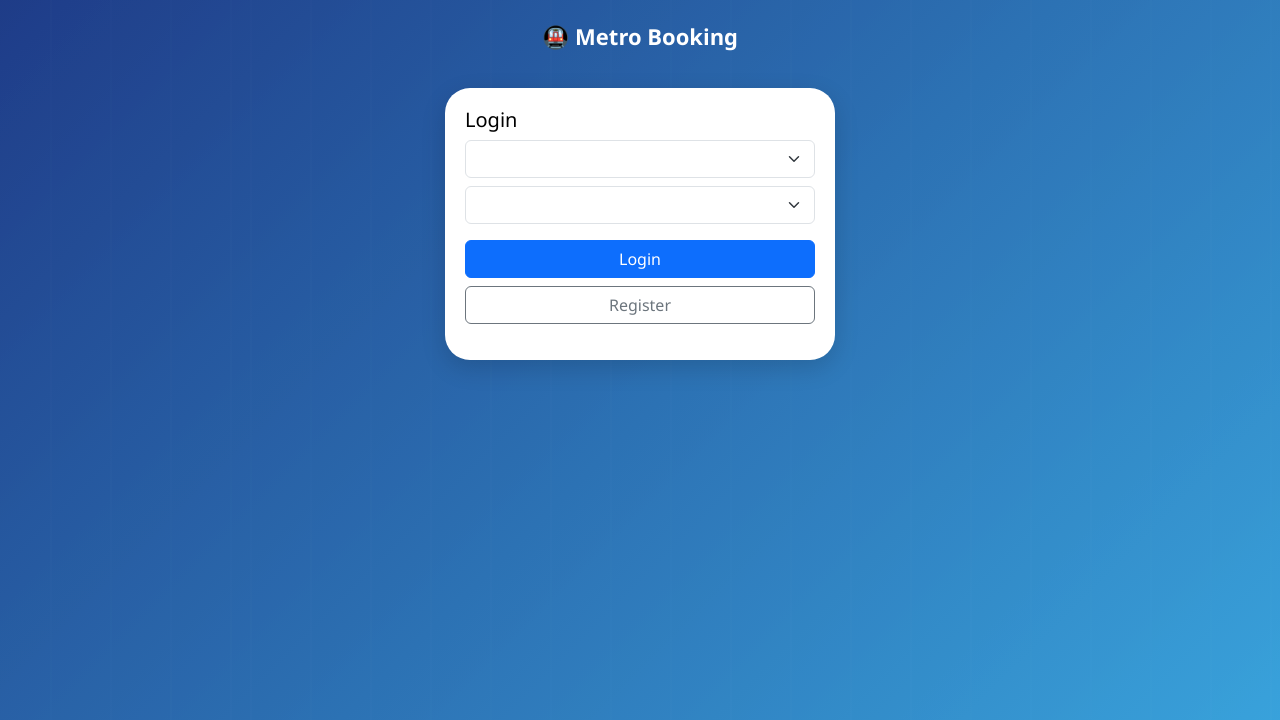
Repository: aksah72/Metro-Booking-System
Page: MetroBookingService/ui/index.html
An editor plug-in stored every save of this project. The page is shown before and after the next save, followed by the edit.
The browser window is 1280 px wide. The pictures show the whole page.

Above is the page before, as saved 2026-02-22 23:42:46.

### MetroBookingService/ui/index.html
<!DOCTYPE html>
<html>
<head>
<meta charset="UTF-8">
<title>Metro App</title>
<meta name="viewport" content="width=device-width, initial-scale=1">

<link href="https://cdn.jsdelivr.net/npm/bootstrap@5.3.2/dist/css/bootstrap.min.css" rel="stylesheet">
<script src="https://cdn.jsdelivr.net/npm/qrcodejs/qrcode.min.js"></script>

<style>
body{
    margin:0;
    font-family:'Segoe UI',sans-serif;
    color:white;
    overflow-x:hidden;
    position:relative;
    background:linear-gradient(135deg,#1f3c88,#39a2db);
}

/* Background Metro Image */
body::before{
    content:"";
    position:fixed;
    top:0;
    left:0;
    width:100%;
    height:100%;
    background:
        repeating-linear-gradient(
            90deg,
            rgba(255,255,255,0.05) 0px,
            rgba(255,255,255,0.05) 2px,
            transparent 2px,
            transparent 60px
        );
    animation: slide 20s linear infinite;
    z-index:-1;
}

@keyframes slide{
    from{ background-position:0 0; }
    to{ background-position:1000px 0; }
}

/* Dark overlay */
body::after{
    content:"";
    position:fixed;
    top:0;
    left:0;
    width:100%;
    height:100%;
    background:linear-gradient(135deg,#1f3c88,#39a2db);
    opacity:0.85;
    z-index:-1;
}

/* Animation */
@keyframes moveMetro {
    from { transform: translateX(0); }
    to   { transform: translateX(-50%); }
}

.app-container{
max-width:420px;
margin:auto;
min-height:100vh;
display:flex;
flex-direction:column;
}

.app-header{
padding:20px;
font-size:22px;
font-weight:600;
text-align:center;
}

.card-box{
background:white;
color:black;
border-radius:25px;
padding:20px;
margin:15px;
box-shadow:0 8px 25px rgba(0,0,0,0.15);
}

.booking-summary{
background:#f8f9fa;
padding:15px;
border-radius:15px;
}

.metro-map{
position:relative;
padding-left:40px;
margin-top:20px;
}

.station{
position:relative;
margin-bottom:25px;
font-weight:500;
}

.station::before{
content:"";
position:absolute;
left:-28px;
top:4px;
width:16px;
height:16px;
border-radius:50%;
background:#007bff;
}

.source::before{background:#28a745;}
.destination::before{background:#dc3545;}
.interchange::before{
background:#ffc107;
border:3px solid black;
}

.line-Y::before{background:#f1c40f !important;}
.line-B::before{background:#3498db !important;}
.line-R::before{background:#e74c3c !important;}
</style>
</head>

<body>

<div class="app-container">

<div class="app-header">🚇 Metro Booking</div>

<!-- LOGIN / REGISTER -->
<div id="authSection" class="card-box">
<h5 id="authTitle">Login</h5>

<select id="source" class="form-select mb-2"></select>
<select id="destination" class="form-select mb-3"></select>

<button class="btn btn-primary w-100 mb-2" onclick="login()">Login</button>
<button class="btn btn-outline-secondary w-100 mb-2" onclick="register()">Register</button>

<div id="authMessage" class="mt-2 text-danger"></div>
</div>

<!-- DASHBOARD -->
<div id="dashboard" style="display:none;">

<div class="card-box">
<h6>Book Ticket</h6>
<input type="text" id="source" class="form-control mb-2" placeholder="From">
<input type="text" id="destination" class="form-control mb-3" placeholder="To">
<button class="btn btn-success w-100" onclick="createBooking()">Find Route</button>
</div>

<div id="routeSection" class="card-box" style="display:none;">
<h6>Route Details</h6>
<div id="bookingSummary" class="booking-summary mb-3"></div>
<div id="metroMap" class="metro-map"></div>
<div id="qrContainer" style="margin-top:20px;text-align:center;"></div>
</div>

</div>

</div>

<script>

let authToken="";
let currentBookingId="";

async function register(){

const res = await fetch("/register",{
method:"POST",
headers:{"Content-Type":"application/json"},
body:JSON.stringify({
email:email.value,
password:password.value
})
});

const data = await res.json();

if(data.error){
authMessage.innerText = data.error;
}else{
authMessage.innerText = "Registered successfully. Please login.";
}
}

async function login(){

const res = await fetch("/login",{
method:"POST",
headers:{"Content-Type":"application/json"},
body:JSON.stringify({
email:email.value,
password:password.value
})
});

const data = await res.json();

if(data.token){
authToken = data.token;
authSection.style.display="none";
dashboard.style.display="block";
}else{
authMessage.innerText="Invalid email or password";
}
}

async function createBooking(){

const res = await fetch("/booking",{
method:"POST",
headers:{
"Content-Type":"application/json",
"Authorization":authToken
},
body:JSON.stringify({
source:source.value,
destination:destination.value
})
});

const data = await res.json();

if(data.error){
alert(data.error);
return;
}

currentBookingId = data.bookingId;
routeSection.style.display="block";

bookingSummary.innerHTML = `
<strong>Fare:</strong> ₹ ${data.fare}<br>
<strong>Duration:</strong> ${data.duration} mins<br>
<strong>Transfers:</strong> ${data.transfers}
<br><br>
<button class="btn btn-primary w-100" onclick="makePayment()">
Pay Now
</button>
`;

renderRoute(data.segments);
document.getElementById("qrContainer").innerHTML="";
}

function renderRoute(segments){

const metroMap = document.getElementById("metroMap");
metroMap.innerHTML="";

let interchangeStations=[];

if(segments.length>1){
for(let i=1;i<segments.length;i++){
interchangeStations.push(segments[i].stops[0]);
}
}

segments.forEach(seg=>{

seg.stops.forEach(station=>{

let div=document.createElement("div");
div.className="station line-"+seg.line;

if(station===segments[0].stops[0])
div.classList.add("source");

if(station===segments[segments.length-1].stops.slice(-1)[0])
div.classList.add("destination");

if(interchangeStations.includes(station)){
div.classList.add("interchange");
div.innerText=station+" (Interchange)";
}else{
div.innerText=station;
}

metroMap.appendChild(div);

});

});
}

async function makePayment(){

const res = await fetch("/pay",{
method:"POST",
headers:{
"Content-Type":"application/json",
"Authorization":authToken
},
body:JSON.stringify({bookingId:currentBookingId})
});

const data = await res.json();

if(data.error){
alert(data.error);
return;
}

alert("Payment Successful ✅");

const qrDiv=document.getElementById("qrContainer");
qrDiv.innerHTML="";

if(data.qr){
new QRCode(qrDiv,{
text:data.qr,
width:150,
height:150
});
}else{
qrDiv.innerHTML="<p style='color:red;'>QR not received from server</p>";
}
}

</script>

</body>
</html>

After the next save:
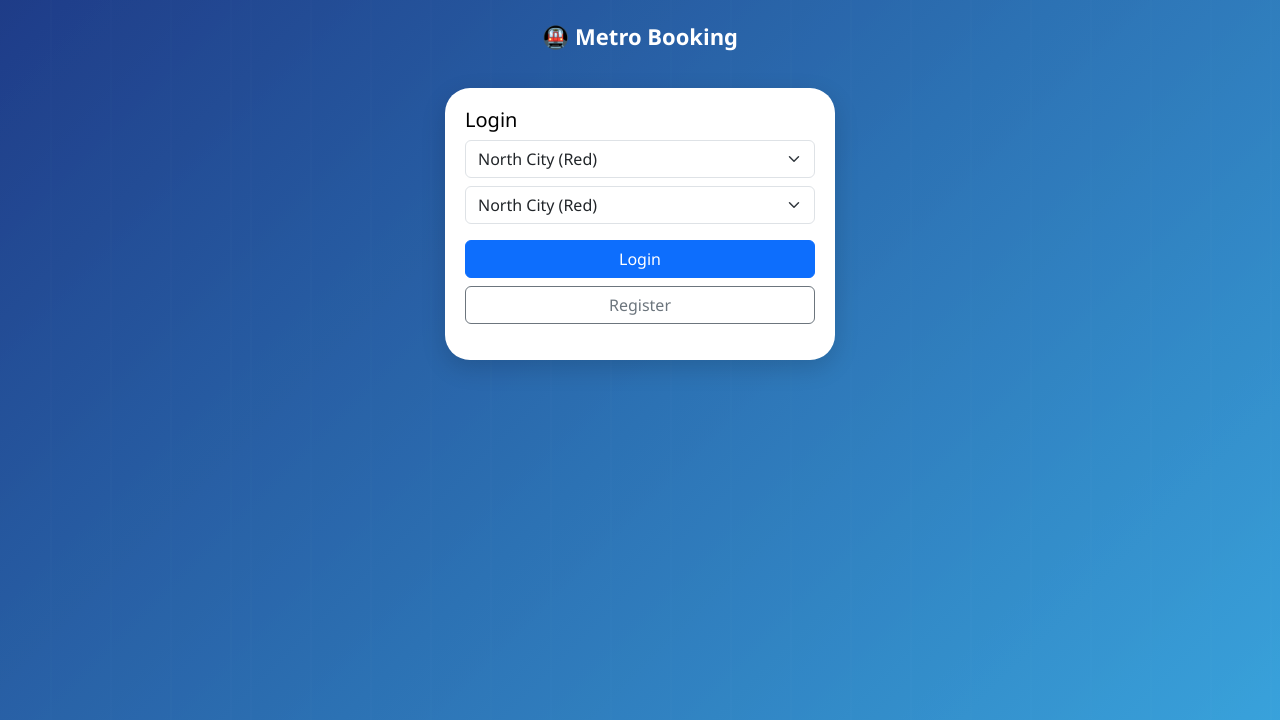
Saved 25 s later.
--- a/MetroBookingService/ui/index.html
+++ b/MetroBookingService/ui/index.html
@@ -215,6 +215,51 @@ authMessage.innerText="Invalid email or password";
 }
 }
 
+const stations = [
+    { name:"North City", line:"Red" },
+    { name:"Tech Park", line:"Red" },
+    { name:"Central Market", line:"Red" },
+    { name:"City Hospital", line:"Red" },
+    { name:"Grand Junction", line:"Red / Blue" },
+    { name:"Museum", line:"Red" },
+    { name:"Old Town", line:"Red" },
+    { name:"South Terminal", line:"Red" },
+
+    { name:"Airport", line:"Blue" },
+    { name:"IT Hub", line:"Blue" },
+    { name:"Lake View", line:"Blue" },
+    { name:"City Center", line:"Blue / Yellow" },
+    { name:"Stadium", line:"Blue" },
+    { name:"University", line:"Blue" },
+    { name:"West End", line:"Blue" },
+
+    { name:"Industrial Area", line:"Yellow" },
+    { name:"Science Park", line:"Yellow" },
+    { name:"Metro Plaza", line:"Yellow" },
+    { name:"Railway Station", line:"Yellow" },
+    { name:"East Market", line:"Yellow" },
+    { name:"Old Port", line:"Yellow" }
+];
+
+function loadStations(){
+    const source = document.getElementById("source");
+    const destination = document.getElementById("destination");
+
+    stations.forEach(station=>{
+        let option1 = document.createElement("option");
+        option1.value = station.name;
+        option1.text = station.name + " (" + station.line + ")";
+        source.appendChild(option1);
+
+        let option2 = document.createElement("option");
+        option2.value = station.name;
+        option2.text = station.name + " (" + station.line + ")";
+        destination.appendChild(option2);
+    });
+}
+
+window.onload = loadStations;
+
 async function createBooking(){
 
 const res = await fetch("/booking",{
